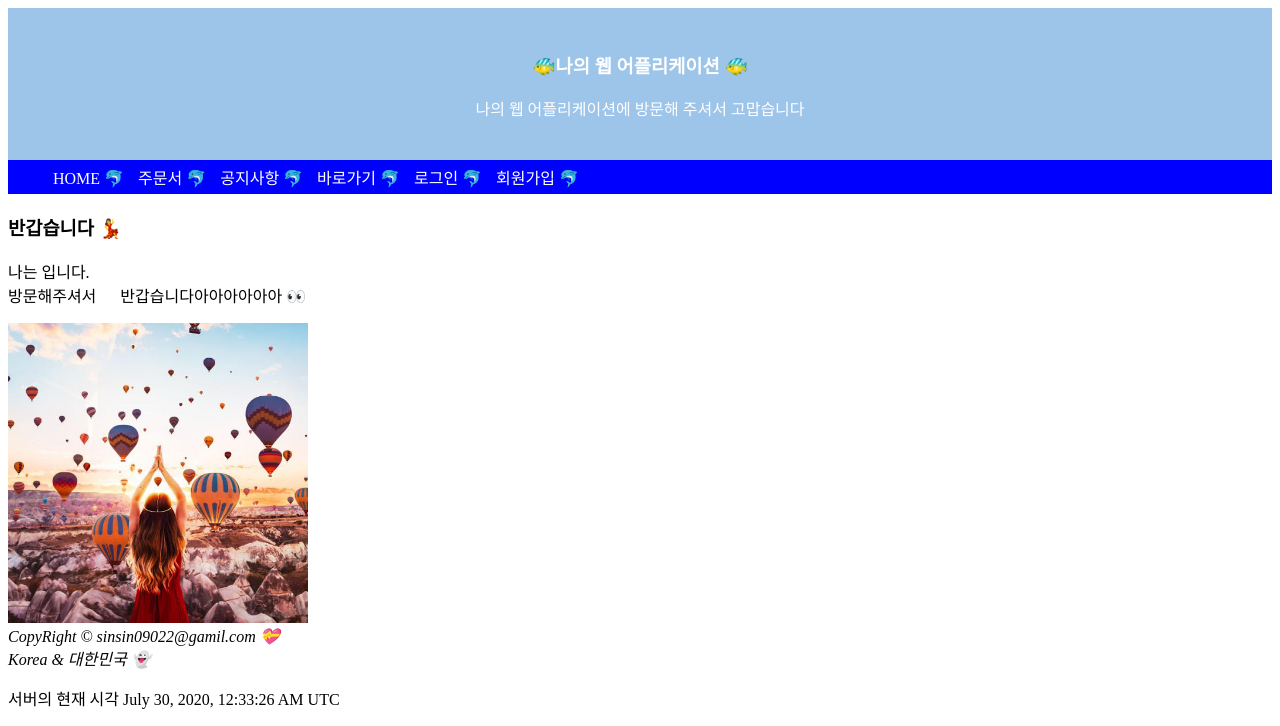
Repository: haetsalshin/Biz_506_2020_07_SpringMVC
Page: http://localhost/SpMVC_001_Order/
An editor plug-in stored every save of this project. The page is shown before and after the next save, followed by the edit.
The browser window is 1280 px wide. The pictures show the whole page.
The page is served by Tomcat 9. The template is opened directly, without the code that normally fills it, so the values that code supplies are empty.

Above is the page before, as saved 2020-07-30 02:32:21.

After the next save:
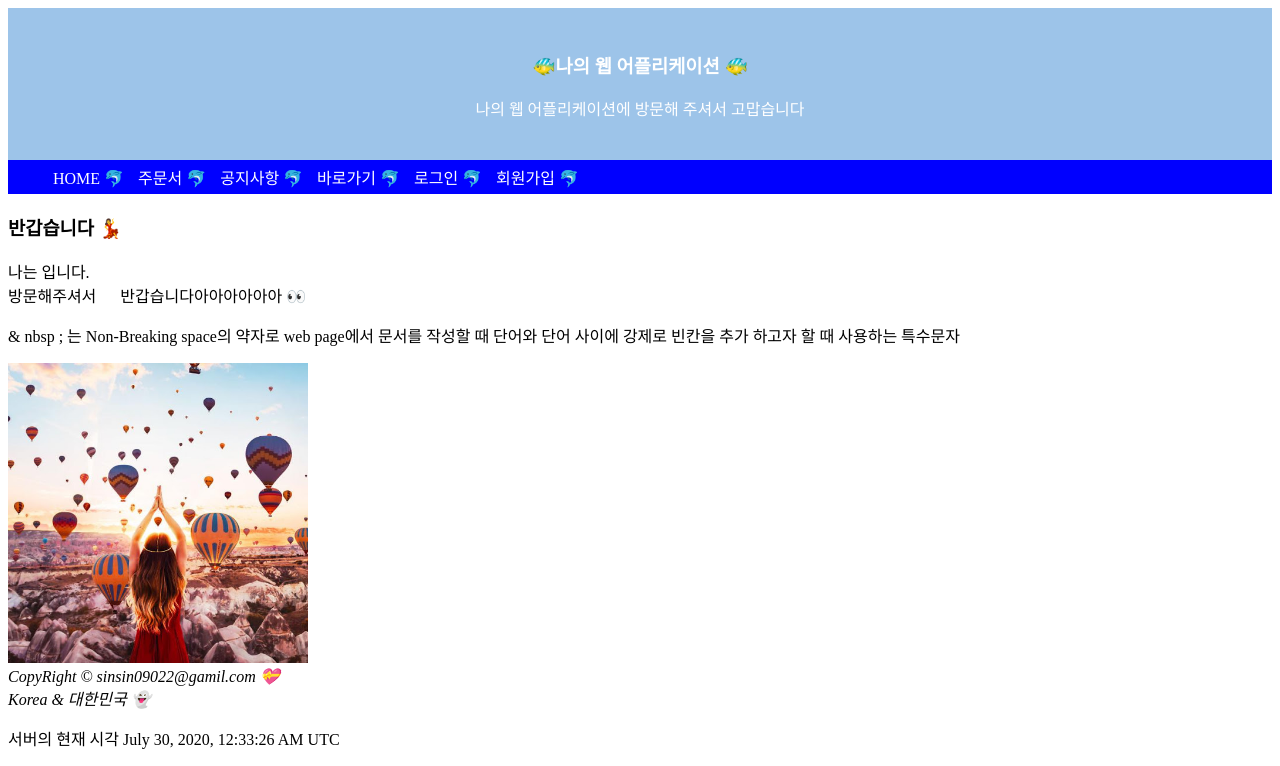
Saved 67 s later.
--- a/SpMVC_001_Order/src/main/webapp/WEB-INF/views/home.jsp
+++ b/SpMVC_001_Order/src/main/webapp/WEB-INF/views/home.jsp
@@ -19,6 +19,9 @@
 	<h3>반갑습니다 &#128131; </h3>
 	<p>나는 ${name} 입니다.</br> 방문해주셔서&nbsp;&nbsp;&nbsp;&nbsp;&nbsp;
 	반갑습니다아아아아아아 &#128064; </p>
+	<p>& nbsp ; 는 Non-Breaking space의 약자로 web page에서 문서를 작성할 때
+	단어와 단어 사이에 강제로 빈칸을 추가 하고자 할 때 사용하는 특수문자
+
 
 	</section>
 	<section>
